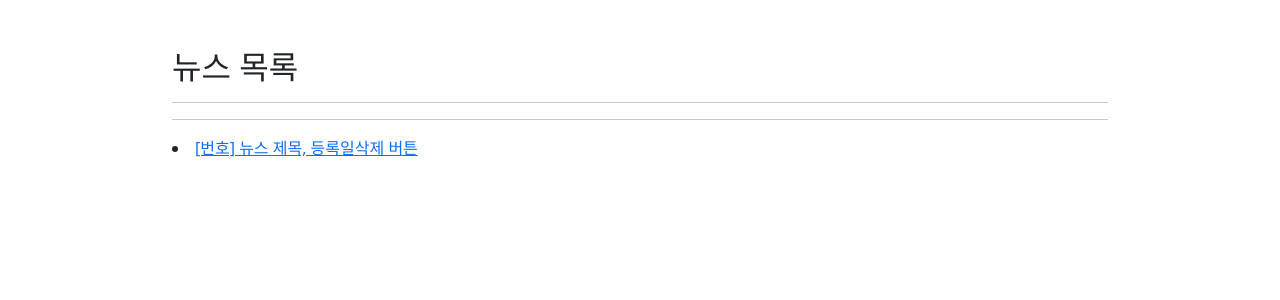
Repository: gold9387/jwbook
Page: http://localhost/jwbook/news.nhn
These files come from the project's save history. The page is drawn as it stood at one moment and after the next save; the edit follows.
The browser window is 1280 px wide. The pictures show the whole page.
The page is served by Tomcat 9. Queries for data that is not in the repository find no rows.

Above is the page before, as saved 2023-06-07 06:11:01.

After the next save:
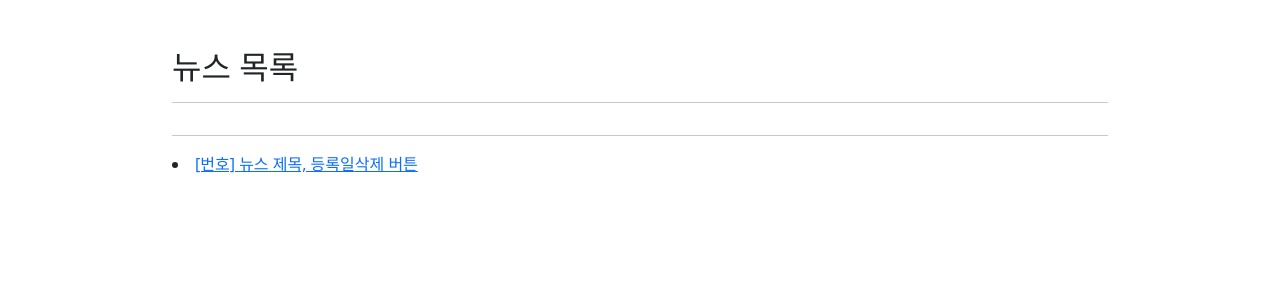
Saved 21 s later.
--- a/jwbook/src/main/webapp/ch10/newsList.jsp
+++ b/jwbook/src/main/webapp/ch10/newsList.jsp
@@ -20,7 +20,7 @@
 	<div class="container w-75 mt-5 mx-auto">
 		<h2>뉴스 목록</h2>
 		<hr />
-		<ul>
+		<ul class="list-group">
 			<c:forEach var="news" items="${newslist}" varStatus="status">
 				<li class="list-group-item list-group-item-action d-flex justify-content-between align-items-center">
 					<a href="news.nhn?action=getNews&aid=${news.aid}"
